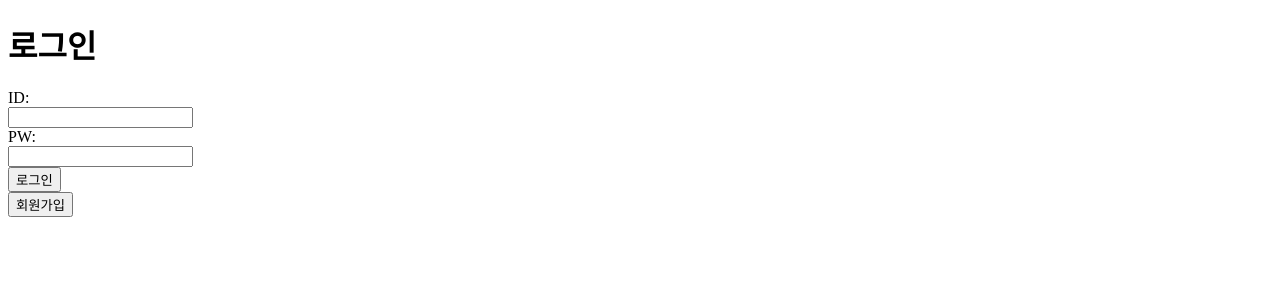
Repository: euniiee/test11
Page: http://localhost/Project/Login.jsp
The author's editor kept a copy of each file at every save. The page is drawn from the files as they stood at one save, then again after the next save.
The browser window is 1280 px wide. The pictures show the whole page.
The page is served by Tomcat 9.

Above is the page before, as saved 2023-02-01 01:05:02.

After the next save:
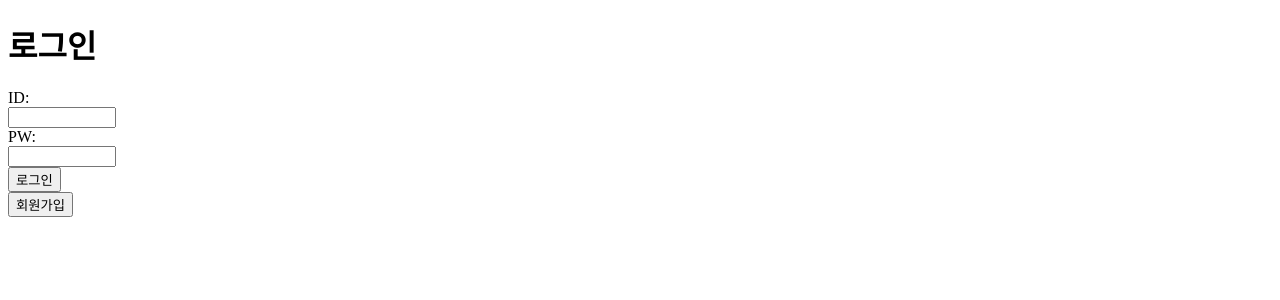
Saved 30 s later.
--- a/Project/WebContent/Login.jsp
+++ b/Project/WebContent/Login.jsp
@@ -13,8 +13,8 @@
 <body>
 	<div style="width:100px">
 		<h1>로그인</h1>
-		ID: <input type="text" class="id" name="id"><br/>
-		PW: <input type="password" class="pw" name="pw"><br/>
+		ID: <input type="text" class="id" name="id" style="width:100%"><br/>
+		PW: <input type="password" class="pw" name="pw" style="width:100%"><br/>
 		<input type="button" value="로그인"><br/>
 		<input type="button" value="회원가입"><br/>
 	</div>
